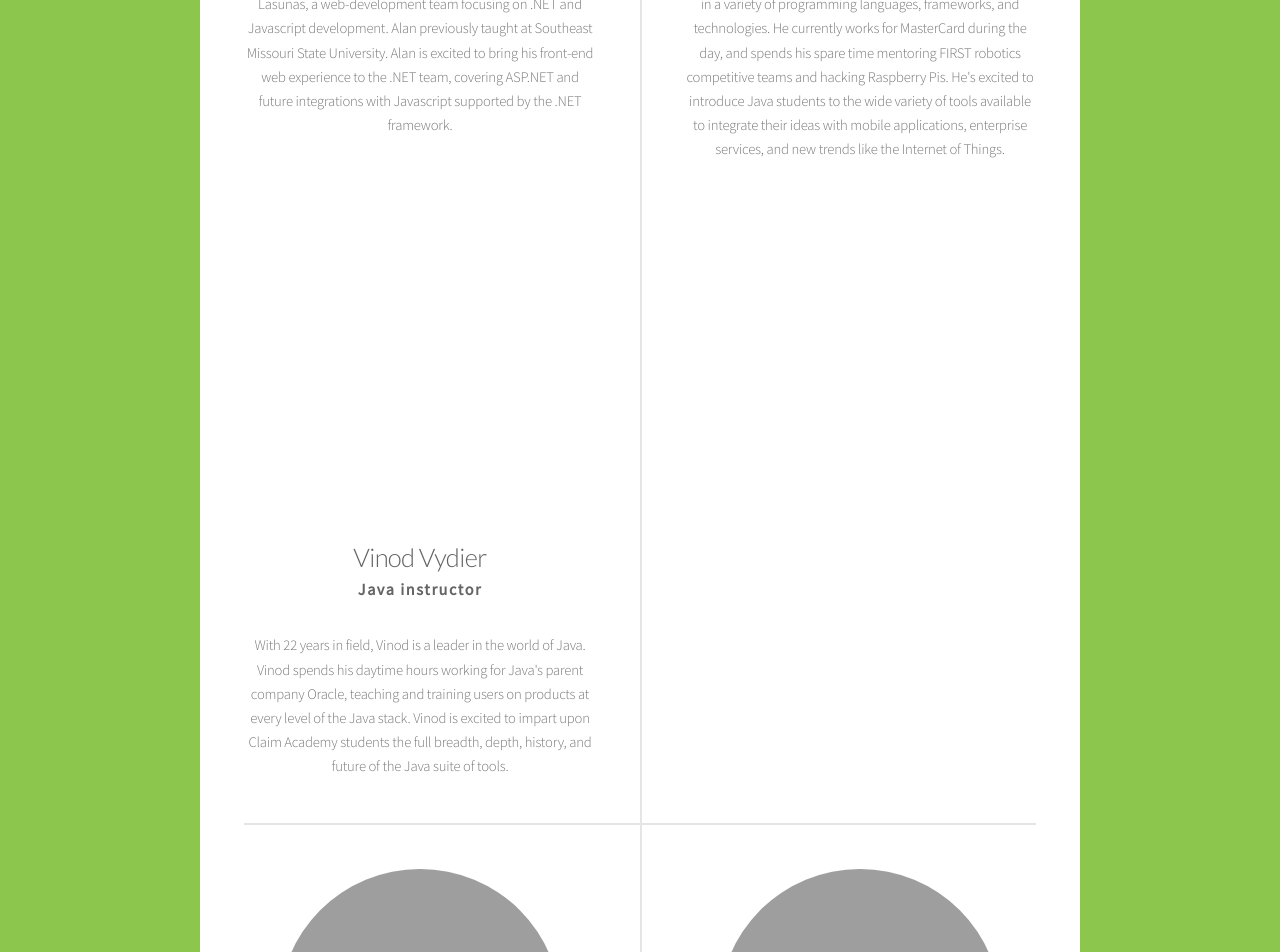
Repository: Kemo92/ClaimAcademy
Page: teachers.html
The author's editor kept a record of every edit. The page is drawn from the files as they stood at one moment, then again after the next edit.
The browser window is 1280 px wide. The pictures show the part of the page from y = 1510 to 2462 px (the page is 5696 px tall before and 5743 px after).
Pictures or frames that could not be fetched are drawn as grey boxes.

Above is the page before.

After the next edit:
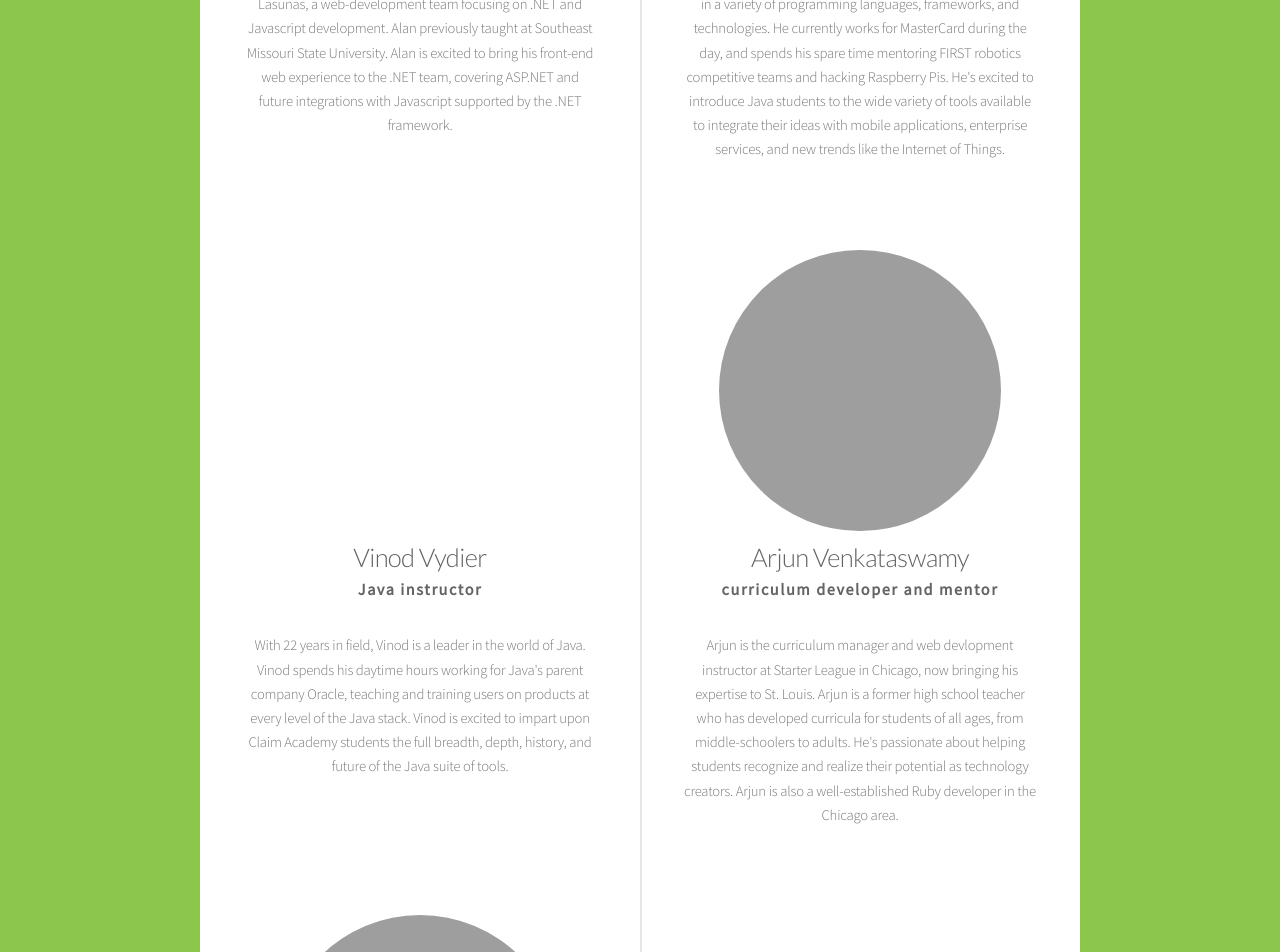
The edit:
--- a/teachers.html
+++ b/teachers.html
@@ -80,8 +80,6 @@
 							<h4 id="teacherrole">Java instructor</h4>
 							<p>With 22 years in field, Vinod is a leader in the world of Java. Vinod spends his daytime hours working for Java's parent company Oracle, teaching and training users on products at every level of the Java stack. Vinod is excited to impart upon Claim Academy students the full breadth, depth, history, and future of the Java suite of tools.</p>
 					</section>
-				</div>
-				<div class="features-row">
 					<section>
 						<span class="image circle topleft"></span>
 							<h3 id="teachername">Arjun Venkataswamy</h3>
